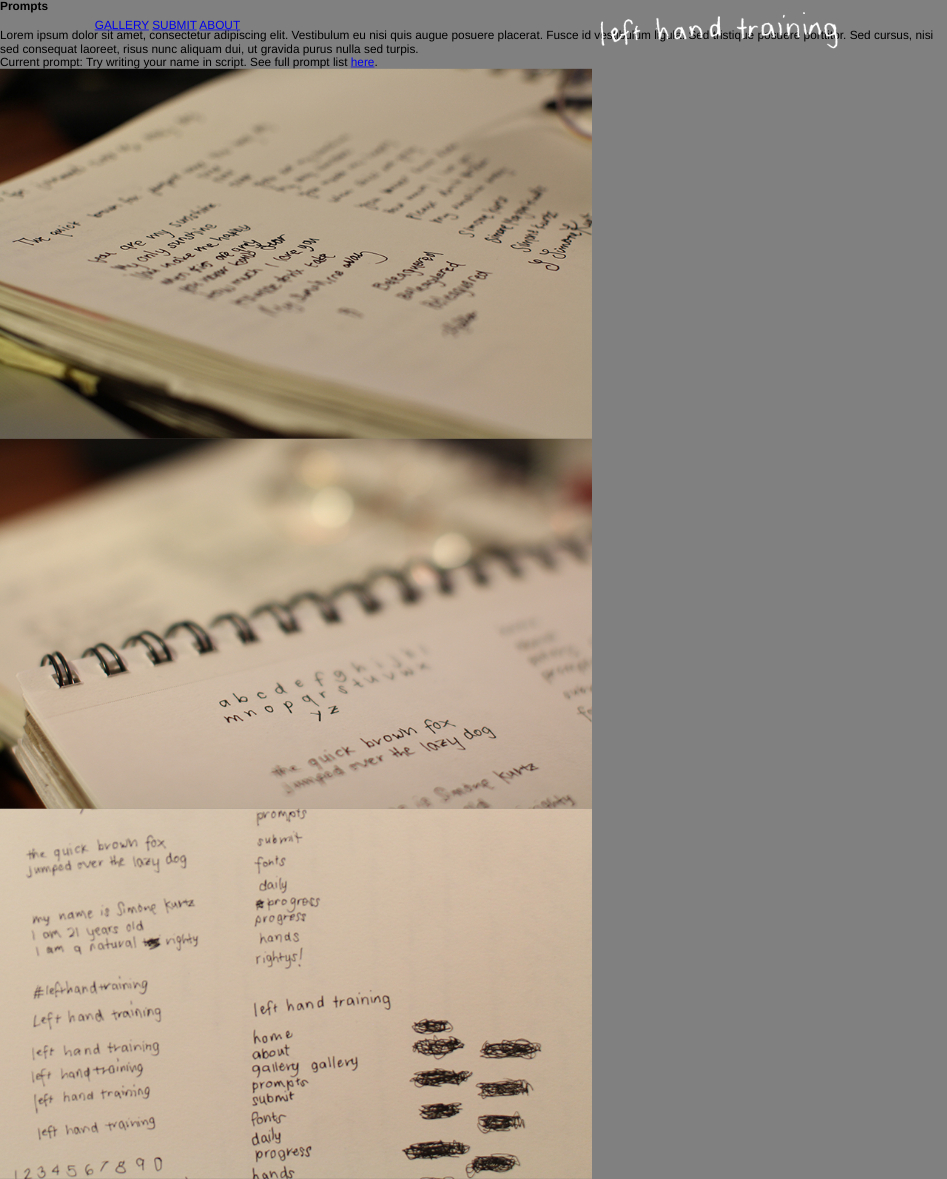
Repository: simonekurtz/simonekurtz.github.io
Page: 3ASGN_Catalog/prompts.html
The author's editor kept a record of every edit. The page is drawn from the files as they stood at one moment, then again after the next edit.
The browser window is 1280 px wide. The pictures show the whole page, at 74% of full size.
Some web libraries are served in a nearby version.

Above is the page before.

### 3ASGN_Catalog/prompts.html
<html>
    <head>
       <title>Left Hand Training</title>
         <link rel="stylesheet" href="gallery.css">

    </head>
    <body>
    <div class="splash-header">
        </div>

        <div class="header-image"><a href="index.html"><img src="images/menu/title_small.png"></a>
        </div>

        <div class="menu">
        <a href="gallery.html">GALLERY</a>
        <a href="submit.html">SUBMIT</a>
        <a href="about.html">ABOUT</a>
        </div>

<!--        <div class="menu">
            <a href="gallery.html"><img src="images/menu/gallery.png" class="gallerylink"></a>
            <a href="submit.html"><img src="images/menu/submit.png" class="submitlink"></a>
            <a href="about.html"><img src="images/menu/about.png" class="aboutlink"></a>

-->

        <div class="splash image">
            <a href="images/images/IMG_3008.jpg"></a>
        </div>

        <div class="content">
            <h4>Prompts</h4>

            <div class="infoBar">
                Lorem ipsum dolor sit amet, consectetur adipiscing elit. Vestibulum eu nisi quis augue posuere placerat. Fusce id vestibulum ligula. Sed tristique posuere porttitor. Sed cursus, nisi sed consequat laoreet, risus nunc aliquam dui, ut gravida purus nulla sed turpis.
                    <br>
                    Current prompt: Try writing your name in script.

                    See full prompt list <a href="randomlink.html">here</a>.
            </div>

            <div class="longwrapper">
                <div class="wrappercontent">

                    <div class="c1">
                        <img src="images/images/Prompt1.png">
                    </div>
                    <div class="c2">
                        <img src="images/images/Prompt2.png">
                    </div>
                    <div class="c3">
                        <img src="images/images/Prompt3.png">
                    </div>
                </div>
            </div>
        </div>



        <script type="text/javascript" src="//code.jquery.com/jquery-1.11.2.min.js"></script>
        <script type="text/javascript" src="script.js"></script>
    </body>
</html>

### 3ASGN_Catalog/gallery.css
body {
    margin: 0px;
    cursor: url("images/left-arrow-resize.png"), auto;
    font-family: helvetica, arial, sans-serif;
    background-color: gray;
    z-index: 1000;
}

a:hover{
    cursor:url("images/left-pointer-resize.png"), auto;
}

.menu {
    position: absolute;
    left: 10%;
    top: 25px;
}

.header-image {
    position: absolute;
    top:10px;
    right: 10%;
}

.gallerylink {
    position: relative;
    padding: 1%;
}

.submitlink {
    position: relative;
    padding: 1%;
    top: -7px;
}

.aboutlink {
    position: relative;
    padding: 1%;
    top: -11px;
}

.galleryViewer {
    position: relative;
    width: 300px;
    height: 200px;
}

### 3ASGN_Catalog/script.js
// var delay=1000 //set delay in miliseconds
// var curindex=0


	var randomimages = ["IMG_2998.JPG", "IMG_3003.jpg", "IMG_3008.jpg", "IMG_3018.jpg", "IMG_3043.jpg"];


function randselect() {
    var slideshow = "url(images/images/" + randomimages[Math.floor(Math.random()*randomimages.length)] + ")";

$("body").css("background-image",slideshow);

}

setInterval("randselect()",7000);

setTimeout("randselect()",1000);




// var preload=new Array()

// for (n=0;n<randomimages.length;n++)
// {
// 	preload[n]=new Image()
// 	preload[n].src=randomimages[n]
// }

// document.write('<img name="defaultimage" src="images/'+randomimages[Math.floor(Math.random()*(randomimages.length))]+'">')

// function rotateimage()
// {

// if (curindex==(tempindex=Math.floor(Math.random()*(randomimages.length)))){
// curindex=curindex==0? 1 : curindex-1
// }
// else
// curindex=tempindex

// 	document.images.defaultimage.src=randomimages[curindex]
// }

// setInterval("rotateimage()",delay)

After the next edit:
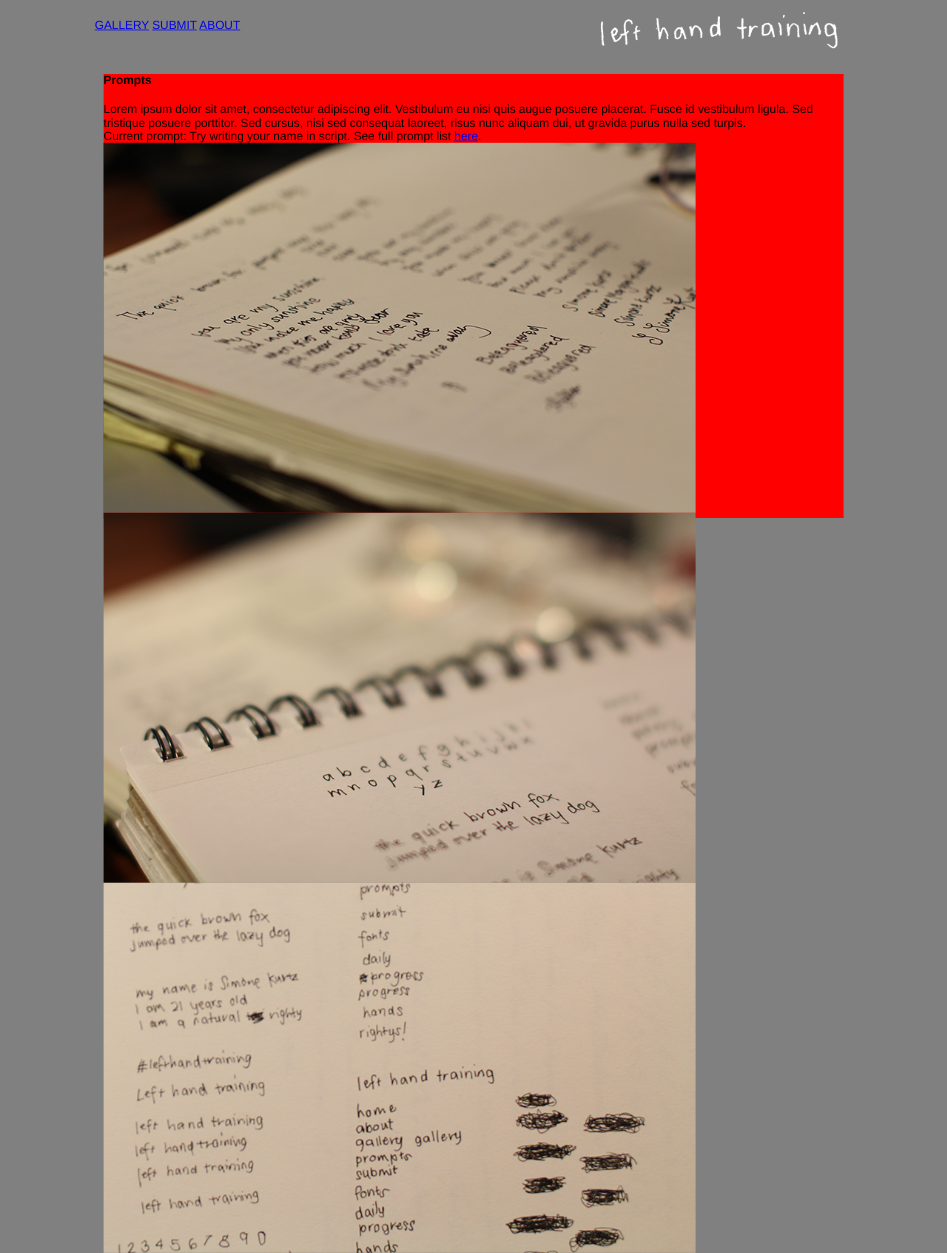
The edit:
--- a/3ASGN_Catalog/gallery.css
+++ b/3ASGN_Catalog/gallery.css
@@ -39,8 +39,10 @@ a:hover{
     top: -11px;
 }
 
-.galleryViewer {
-    position: relative;
-    width: 300px;
-    height: 200px;
+.content {
+    background-color: red;
+    width: 1000px;
+    height: 600px;
+    margin: 0 auto;
+    margin-top: 100px;
 }
